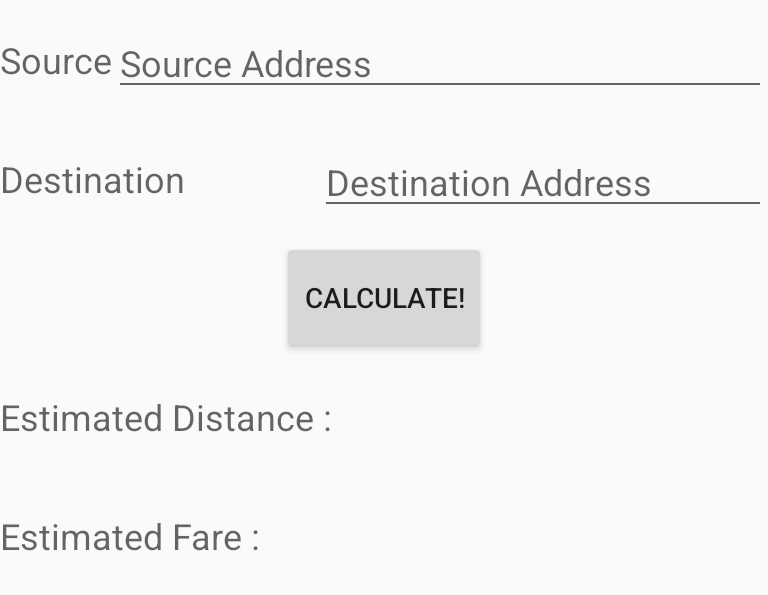
Repository: cravindra/autofareprototype
Layout: AutoFarePrototype/res/layout/activity_main.xml
The author's editor kept a copy of each file at every save. The layout is drawn from the files as they stood at one save, then again after the next save.
The pictures show rows 685 to 1280 of an output 1280 px tall.
It is drawn on a 768 x 1280 px phone screen (xhdpi) without system bars, with theme AppTheme; the app's code is not run.

Above is the layout before, as saved 2014-07-17 05:41:02.

After the next save:
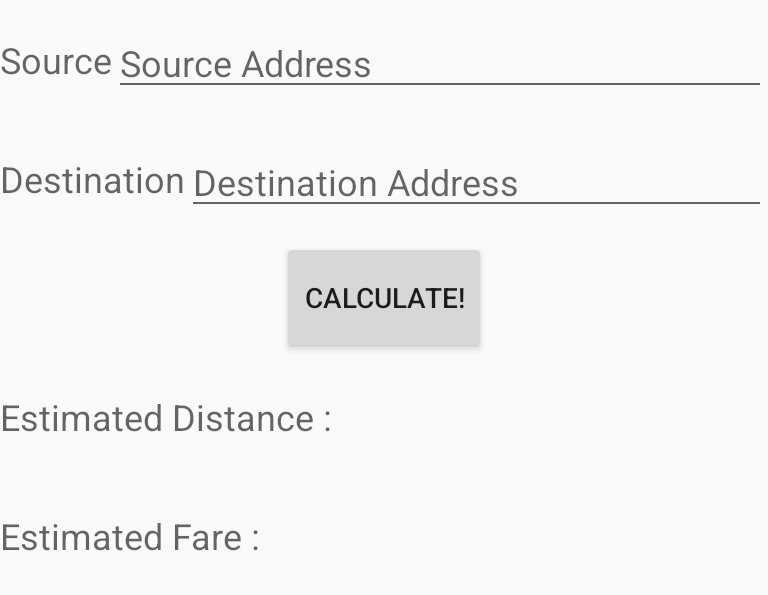
Saved 21 s later.
--- a/AutoFarePrototype/res/layout/activity_main.xml
+++ b/AutoFarePrototype/res/layout/activity_main.xml
@@ -57,7 +57,6 @@
                 android:id="@+id/tv_dest"
                 android:layout_width="wrap_content"
                 android:layout_height="wrap_content"
-                android:layout_weight="2"
                 android:text="@string/dest_string"
                 android:textAppearance="?android:attr/textAppearanceMedium" />
 
@@ -65,7 +64,7 @@
                 android:id="@+id/et_dest"
                 android:layout_width="160dp"
                 android:layout_height="wrap_content"
-                android:layout_weight="1.94"
+                android:layout_weight="1"
                 android:ems="10"
                 android:hint="Destination Address"
                 android:inputType="text" />
